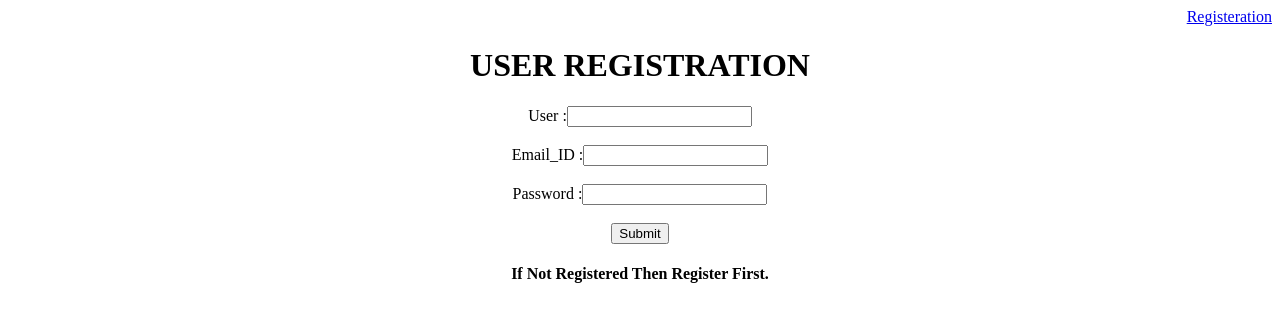
Repository: sunil965/JDBC-Servlet-JSP
Page: http://localhost/JspRegistrationTask/
An editor plug-in stored every save of this project. The page is shown before and after the next save, followed by the edit.
The browser window is 1280 px wide. The pictures show the whole page.
The page is served by Tomcat 9. Other server files are loaded and not shown.

Above is the page before, as saved 2017-05-02 11:23:55.

### JspRegistrationTask/WebContent/index.jsp
<%@ page language="java" contentType="text/html; charset=UTF-8"
    pageEncoding="UTF-8"%>
<!DOCTYPE html PUBLIC "-//W3C//DTD HTML 4.01 Transitional//EN" "http://www.w3.org/TR/html4/loose.dtd">
<html>
<head>
<meta http-equiv="Content-Type" content="text/html; charset=UTF-8">
<title>Index</title>
</head>
<body>
<div align="right">
<a href="link.html">Registeration</a>
</div>
<div align="center">
<h1>USER REGISTRATION</h1>
	<form action="userreg" method="post">
		User     :<input type="text" name="user"><br><br>
		Email_ID :<input type="text" name="mail"><br><br>
		Password :<input type="password" name="pwd"><br><br>
		<input type="submit">
	</form>
	<h4>If Not Registered Then Register First.</h4>
</div>
</html>

### JspRegistrationTask/WebContent/link.html
<!DOCTYPE html>
<html>
<head>
<meta charset="UTF-8">
<title>Insert title here</title>
</head>
<body>
<div>
<a href="userlogin.jsp">Login</a>
<a href="index.jsp">Registration</a>
</div>
</body>
</html>

After the next save:
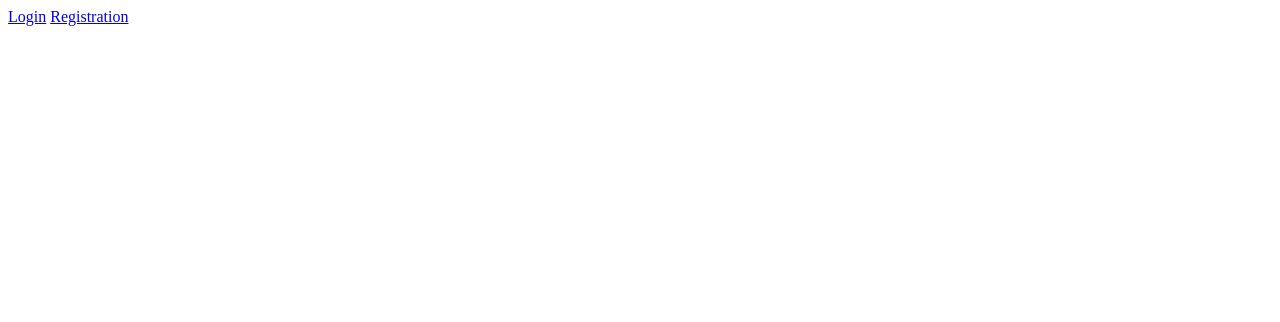
Saved 2 min 46 s later.
--- a/JspRegistrationTask/WebContent/index.jsp
+++ b/JspRegistrationTask/WebContent/index.jsp
@@ -8,7 +8,7 @@
 </head>
 <body>
 <div align="right">
-<a href="link.html">Registeration</a>
+<% request.getRequestDispatcher("link.html").include(request, response); %>
 </div>
 <div align="center">
 <h1>USER REGISTRATION</h1>

After the save that followed:
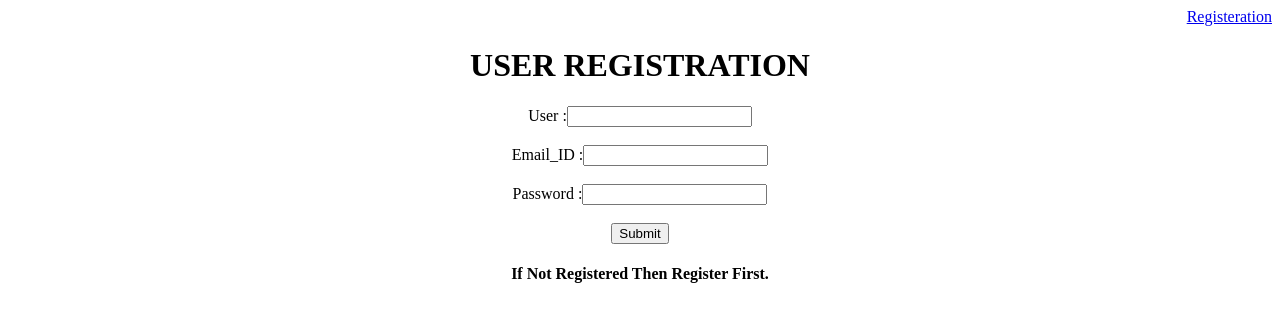
Saved 49 s later.
--- a/JspRegistrationTask/WebContent/index.jsp
+++ b/JspRegistrationTask/WebContent/index.jsp
@@ -8,7 +8,7 @@
 </head>
 <body>
 <div align="right">
-<% request.getRequestDispatcher("link.html").include(request, response); %>
+<a href="userlogin.jsp">Registeration</a>
 </div>
 <div align="center">
 <h1>USER REGISTRATION</h1>
